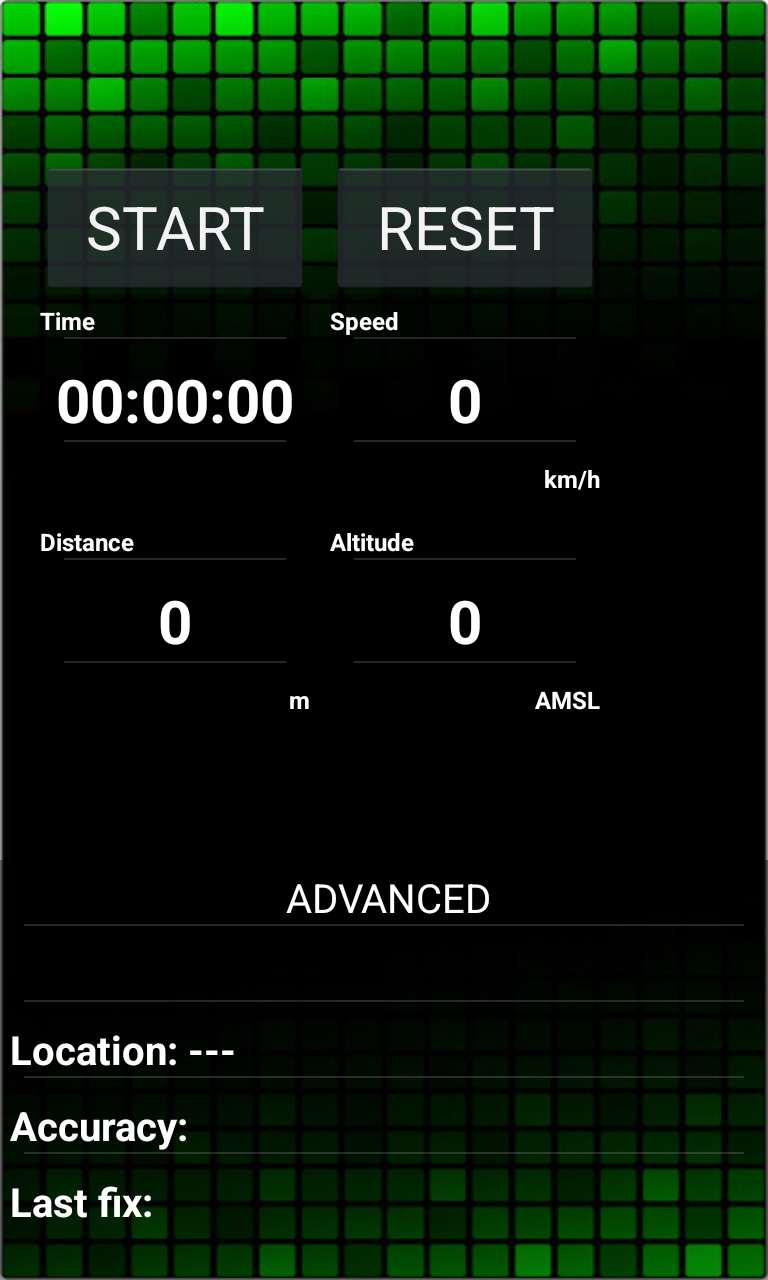
Repository: sebastianR1001/GeoApplication
Layout: GeoApplication/res/layout/activity_fullscreen.xml
These files come from the project's save history. The layout is drawn as it stood at one moment and after the next save; the edit follows.
It is drawn on a 768 x 1280 px phone screen (xhdpi) without system bars, with theme FullscreenTheme; the app's code is not run.

Above is the layout before, as saved 2014-10-31 21:55:04.

After the next save:
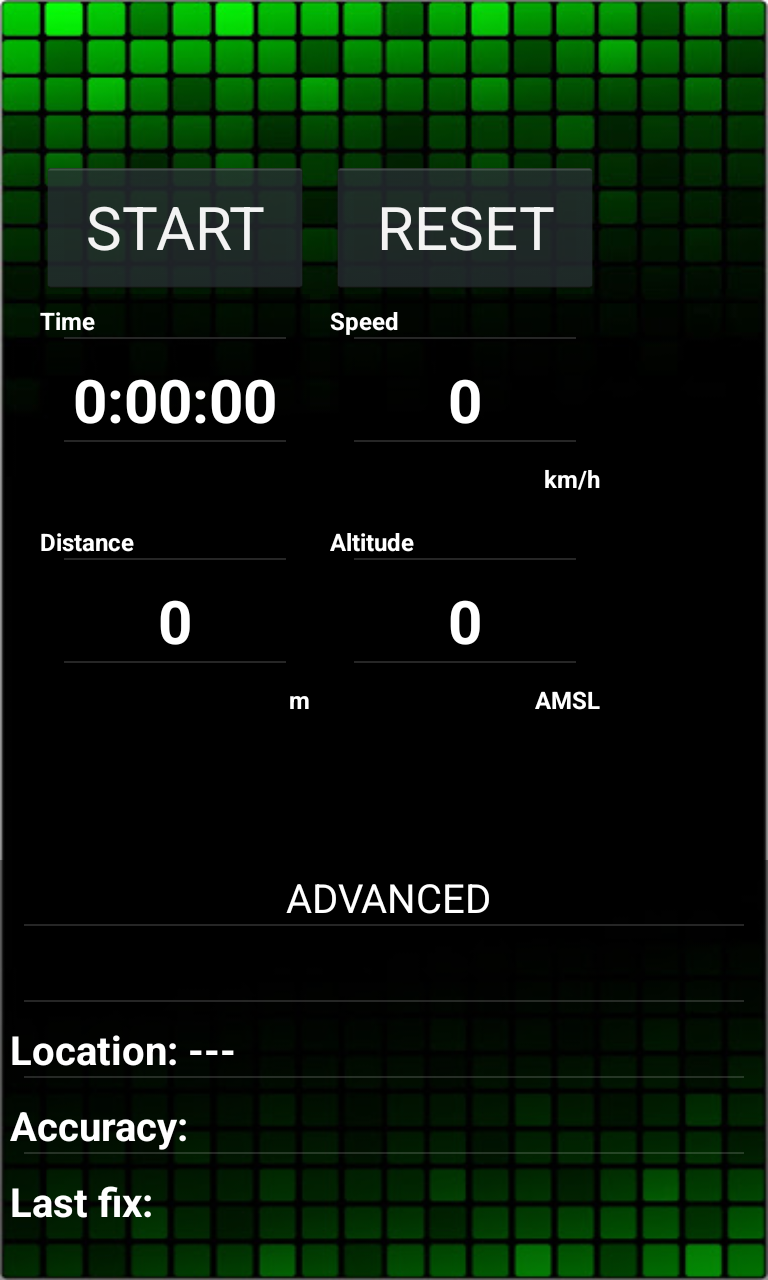
Saved 87 s later.
--- a/GeoApplication/res/values/strings.xml
+++ b/GeoApplication/res/values/strings.xml
@@ -12,7 +12,7 @@
     <string name="speed">0</string>
     <string name="speedUnit">km/h</string>
 
-    <string name="time">00:00:00</string>
+    <string name="time">0:00:00</string>
     <string name="timeText">Time</string>
 
     <string name="accuracy">Accuracy:</string>
